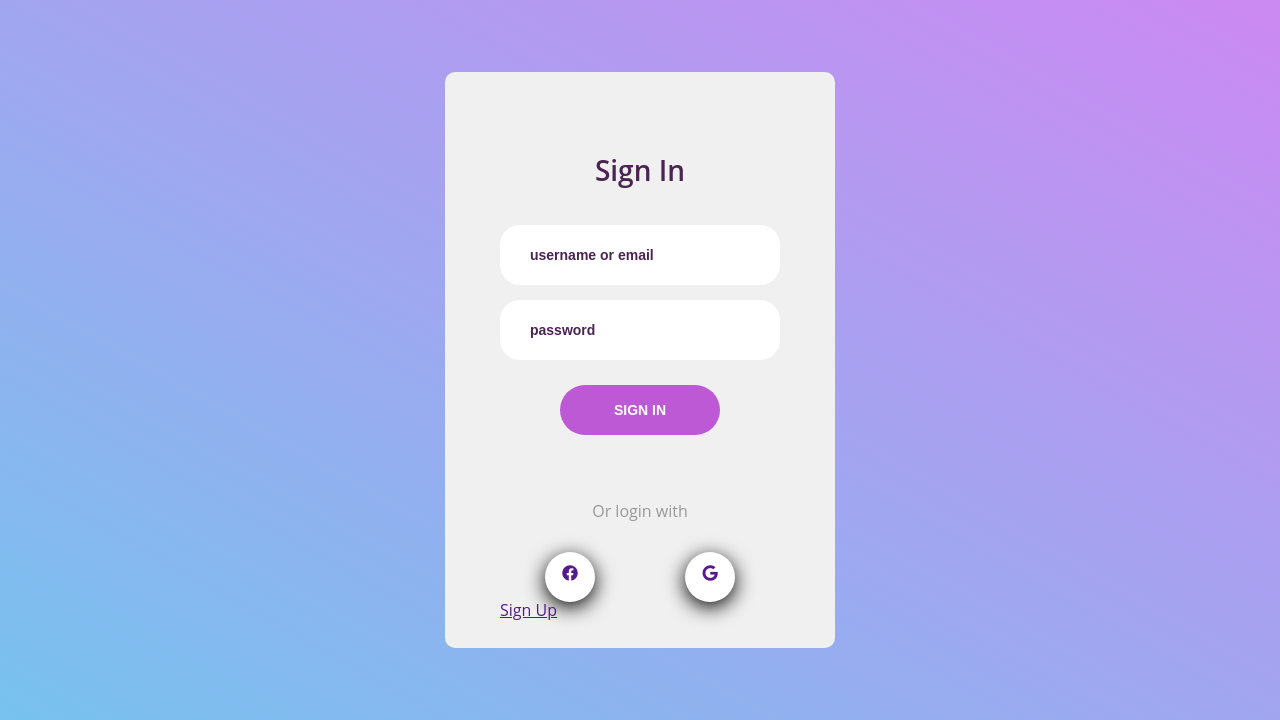
Repository: letrongtinh27/LapTrinhWeb
Page: signin/index.html
These files come from the project's save history. The page is drawn as it stood at one moment and after the next save; the edit follows.
The browser window is 1280 px wide. The pictures show the whole page.

Above is the page before, as saved 2022-10-09 21:30:55.

After the next save:
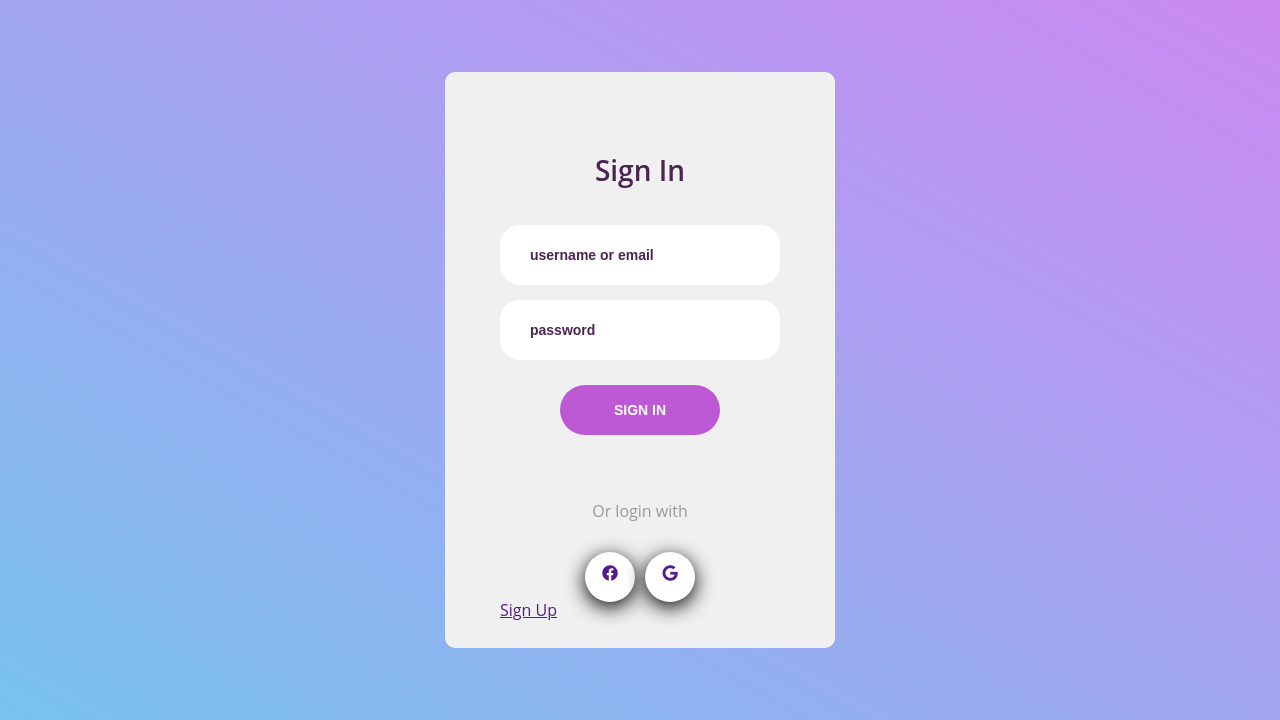
Saved 11 s later.
--- a/signin/style.css
+++ b/signin/style.css
@@ -109,7 +109,7 @@ cursor: pointer;
     background-color: #ffffff;
    justify-content: center;
    line-height: 42.5px;
-   margin: 0 auto;
+   margin: 0 5px 0 5px;
    box-shadow: #000000 0px 5px 20px 0px;
 }
 .facebook{
